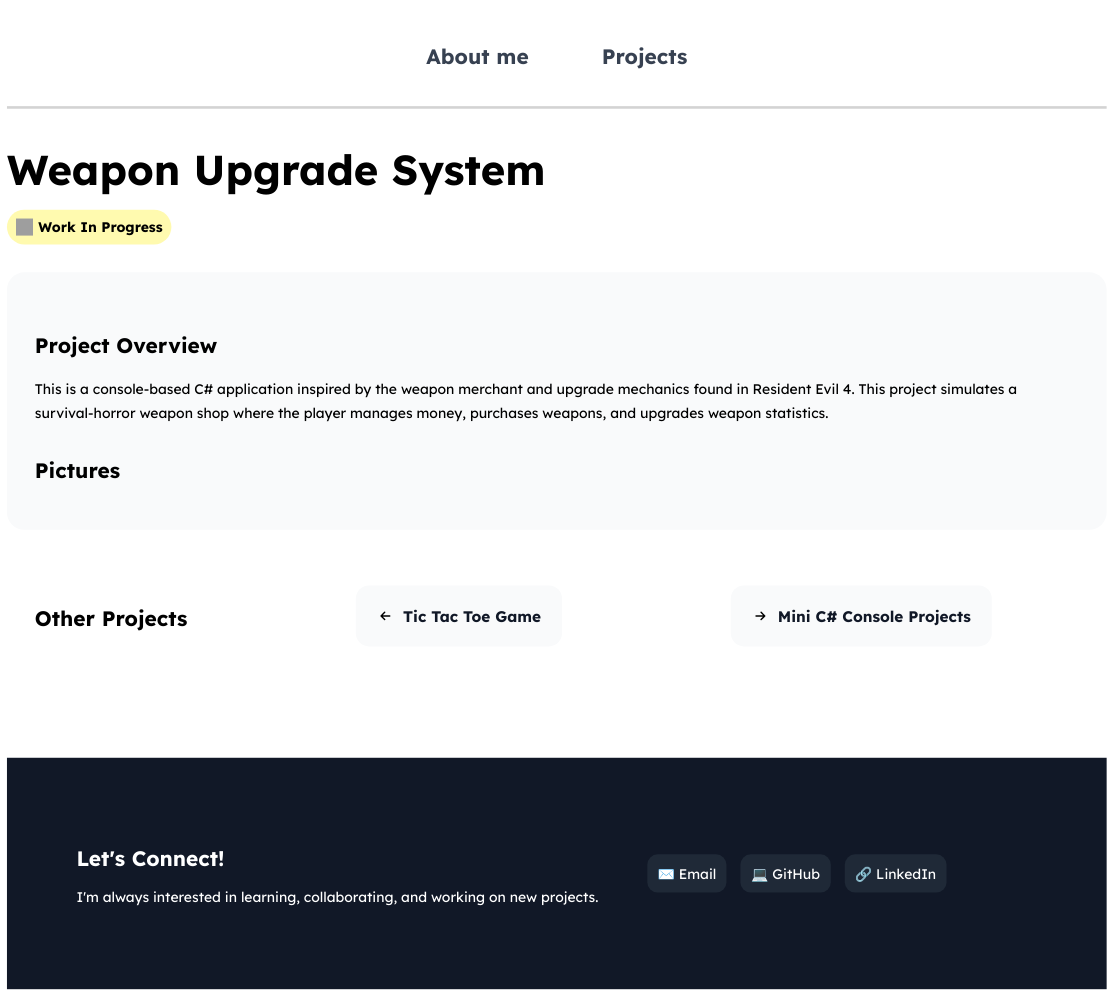
Repository: perrybalaba/perrybalaba
Page: pages/weapon-upgrade.html
These files come from the project's save history. The page is drawn as it stood at one moment and after the next save; the edit follows.
The browser window is 1280 px wide. The pictures show the whole page, at 87% of full size.
Pictures or frames that could not be fetched are drawn as grey boxes.

Above is the page before, as saved 2026-05-14 18:26:54.

### pages/weapon-upgrade.html
<!DOCTYPE html>
<html lang="en">
<head>
    <meta charset="UTF-8">
    <meta name="viewport" content="width=device-width, initial-scale=1.0">
    <title> Perry's Portfolio </title>
    <link rel="stylesheet" href="../styles/projects.css"/>
    <link rel="stylesheet" href="../styles/globals.css"/>
</head>
<body>
    <main>
        <!-- NAVIGATION BAR -->
        <nav class="Nav-Bar">
            <ul>
                <li><a href="../index.html"> About me </a></li>
                <li><a href="../pages/weapon-upgrade.html"> Projects </a></li>
            </ul>
        </nav>
        <!-- INFO -->
        <div class="Project-Info">
            <div class="Project-Info-Container">
                <h2> Weapon Upgrade System </h2>
                <div class="Project-Stats">
                    <span class="Work-In-Progress">
                        <img src="../assets/images/clock-svgrepo-com.svg" alt="in progress"/>
                        Work In Progress
                    </span>
                </div>
                <div class="Project-Info-Card">
                    <h3> Project Overview </h3>
                        <p>
                            This is a console-based C# application inspired by the weapon merchant and upgrade mechanics
                            found in Resident Evil 4. This project simulates a survival-horror weapon shop where the player
                            manages money, purchases weapons, and upgrades weapon statistics.
                        </p>
                    <h3> Pictures </h3>
                </div>
            </div>

        </div>

        <!-- MORE PROJECTS -->
        <div class="Other-Projects">
            <h2> Other Projects </h2>
            <div class="Other-Projects-Card Left-Card">
                <a href="./tic-tac-toe.html">
                    <img src="../assets/images/arrow-sm-left-svgrepo-com.svg">
                    Tic Tac Toe Game
                </a>
            </div>

            <div class="Other-Projects-Card Right-Card">
                <a href="./console-projects.html">
                    <img src="../assets/images/arrow-sm-right-svgrepo-com.svg">
                    Mini C# Console Projects
                </a>

            </div>
        </div>

        <!-- CONTACT -->
        <div class="Contact">
            <div class="Contact-Container">
                <div class="Contact-Text">
                    <h2> Let's Connect! </h2>
                    <p>
                        I'm always interested in learning, collaborating, and working on new projects.
                    </p>
                </div>

                <div class="Contact-Links">
                    <a href="mailto:balabaperry@gmail.com"> ✉️ Email</a>
                    <a href="https://github.com/perrybalaba"> 💻 GitHub </a>
                    <a href="https://www.linkedin.com/in/ann-karen-balaba-46b839387/"> 🔗 LinkedIn</a>
                </div>
            </div>
        </div>

    </main>
</body>
</html>

### styles/projects.css
/* NAVIGATION BAR */
.Nav-Bar {
    padding: 1rem;
    border-bottom: 3px solid lightgray;
}

nav ul {
    list-style: none;
    display: flex;
    justify-content: center;
    flex-wrap: wrap;
    gap: 2rem;
    padding: 0;
}

nav ul li a {
    display: block;
    text-align: center;
    padding: .75rem 1rem;
    text-decoration: none;
    color: #374151;
    font-weight: bold;
    padding: 10px;
    border-radius: 10px;
    font-size: 1rem;
    transition: 0.2s;
}

nav ul li a:hover {
    transform: scale(1.08);
    background-color: #f3f4f6;
    color: black;
}

/* PROJECT */
.Other-Projects {
    max-width: 1100px;
    margin: 0;
    padding: 2rem;
}

.Project-Info-Container h2 {
    font-size: 3rem;
    margin-bottom: 1rem;
}

.Project-Stats {
    display: flex;
    gap: 1rem;
    flex-wrap: wrap;
    margin-bottom: 2rem;
}

.Work-In-Progress {
    display: flex;
    align-items: center;
    gap: 6px;
    background-color: #fffaaf;
    padding: 10px;
    border-radius: 1000px;
    font-weight: bold;
}

.Work-In-Progress img {
    width: 20px;
    height: 20px;
}

.Project-Info-Card {
    background-color: #f9fafb;
    padding: 2rem;
    border-radius: 20px;
    line-height: 1.7;
}

.Project-Info-Card h3 {
    font-size: 1.5rem;
    margin-bottom: 1rem;
    margin-top: 2rem;
}

/* OTHER PROJECTS */
.Other-Projects {
    margin-top: 4rem;
    display: flex;
    justify-content: space-between;
    align-items: center;
    width: 100%;
    margin-top: 2rem;
}

.Other-Projects h2 {
    margin-bottom: 2rem;
}

.Other-Projects-Card {
    background-color: #f9fafb;
    padding: 1.5rem;
    border-radius: 15px;
    margin-bottom: 1rem;
    transition: 0.2s ease;
}

.Other-Projects-Card:hover {
    transform: translateY(-5px);
    background-color: #f3f4f6;
}

.Other-Projects-Card a {
    text-decoration: none;
    color: #111827;
    font-weight: bold;
    font-size: 1.1rem;
    display:flex;
    align-items: center;
    gap: 10px;
}

.Other-Projects-Card img {
    width: 20px;
    height: 20px;
    transition: transform 0.2s ease;
}

.Left-Card:hover img {
    transform: translateX(-3px);
}

.Right-Card:hover img {
    transform: translateX(3px);
}

/* CONTACT */
.Contact {
    background-color: #111827;
    color: white;
    padding: 5rem;
    margin-top: 5rem;
}

.Contact-Container {
    display: flex;
    justify-content: space-between;
    align-items: center;
    max-width: 1000px;
    margin: 0;
    flex-wrap: wrap;
    gap: 2rem;
}

.Contact-Links {
    display: flex;
    gap: 1rem;
    flex-wrap: wrap;
}

.Contact-Links a {
    text-decoration: none;
    background-color: #1F2937;
    color: white;
    padding: 12px;
    border-radius: 12px;
    transition: 0.2s ease;
}

.Contact-Links a:hover {
    background-color: #374151;
    transform: scale(1.03);
}

### styles/globals.css
/* FONTS */
@font-face {
    font-family: "NotoSans";
    src: url(../assets/fonts/Noto_Sans/NotoSans-VariableFont_wdth\,wght.ttf);
}

@font-face {
    font-family: "Lexend";
    src: url(../assets/fonts/Lexend_Deca\,Noto_Sans/Lexend_Deca/LexendDeca-VariableFont_wght.ttf);
}

.Home-Header {
    font-family: "NotoSans";
}

.Nav-Bar {
    font-family: "Lexend";
}

main {
    font-family: "Lexend";
}

/* TABLET DESIGN */
@media (min-width: 768px) {
    /* NAVIGATION BAR */
    nav ul li a {
        font-size: 1.3rem;
    }

    /* HEADER */
    .Home-Header {
        font-size: 2.2rem;
    }

    /* ABOUT ME */
    .Info {
        flex-direction: row;
        justify-content: center;
        align-items: center;
        gap: 2rem;
        padding: 2rem;
    }

    .Description {
        width: 60%;
        max-width: 600px;
    }

    .Info img {
        max-width: 300px;
        width: 40%;
    }

    /* SKILLS */
    .Skill-Card {
        width: 260px;
    }

    .Skill-Icons img {
        width: 50px;
        height: 50px;
    }
}

/* DESKTOP */
@media (min-width: 1024px) {

    /* NAVIGATION */
    nav ul {
        gap: 4rem;
    }

    nav ul li a {
        font-size: 1.5rem;
    }

    /* ABOUT ME */
    .Info {
        gap: 5rem;
        padding: 4rem;
        justify-content: center;
        flex-direction: row;
        align-items: center;
    }

    .Description {
        max-width: 650px;
        font-size: 1.2rem;
        display: flex;
        flex-direction: column;
        align-items: center;
        justify-content: center;
        gap: 1rem;
    }

    .Info img {
        max-width: 500px;
    }

    .Home-Header {
        font-size: 4rem;
    }

    /* SKILLS */
    .Skill-Container {
        gap: 3rem;
    }

    .Skill-Card {
        width: 280px;
    }

    .Skill-Icons img {
        width: 80px;
        height: 80px;
    }

    /* SKILLS */
    .Projects-Container {
        display: flex;
        flex-direction: column;
        align-items: center;
    }

    .Project-Card {
        width: 100%;
        max-width: 850px;
        margin: 0 auto;
    }
}

After the next save:
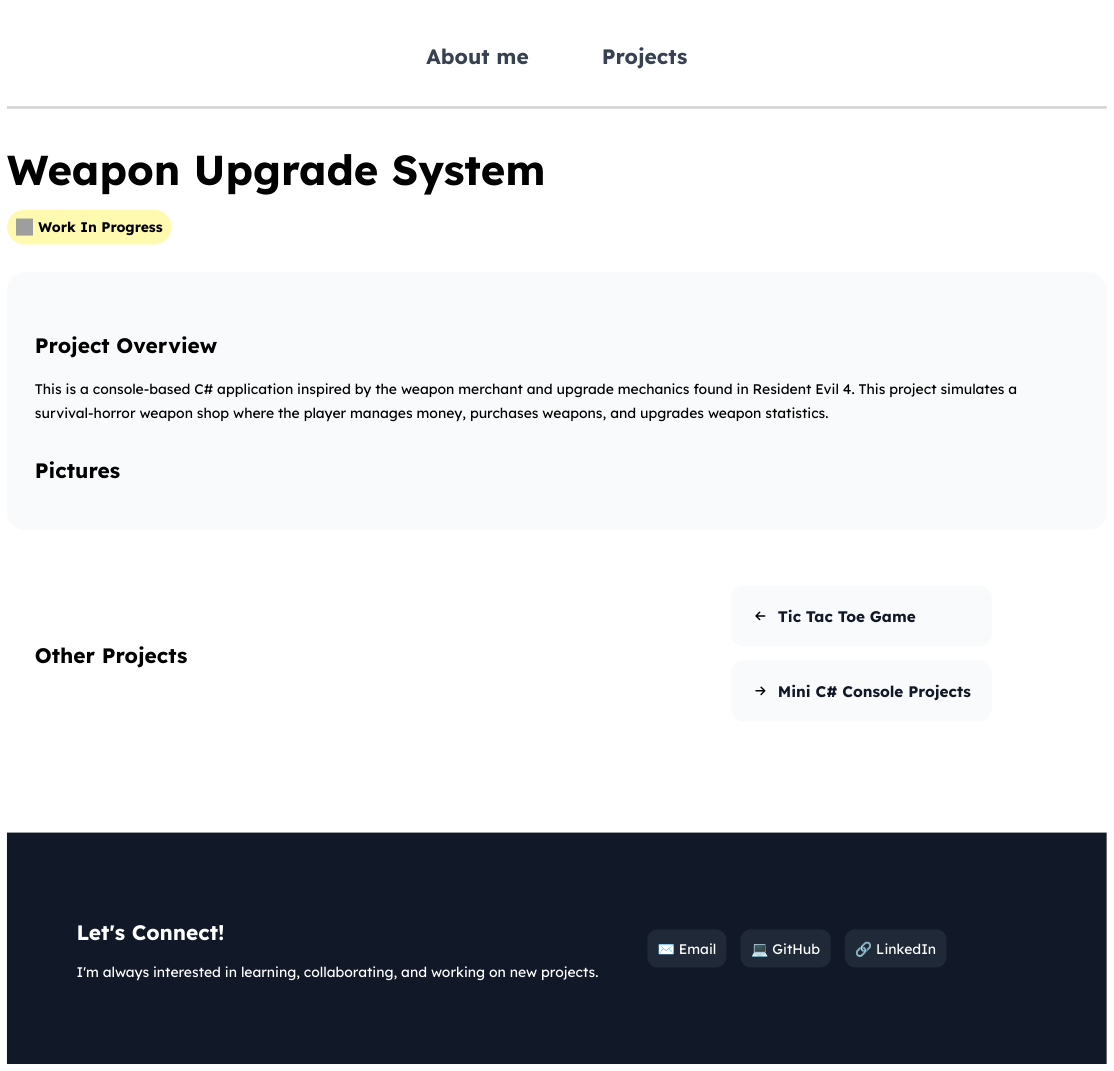
Saved 77 s later.
--- a/pages/weapon-upgrade.html
+++ b/pages/weapon-upgrade.html
@@ -42,21 +42,23 @@
         <!-- MORE PROJECTS -->
         <div class="Other-Projects">
             <h2> Other Projects </h2>
-            <div class="Other-Projects-Card Left-Card">
-                <a href="./tic-tac-toe.html">
+            <div class="Other-Projects-Container">
+                <div class="Other-Projects-Card Left-Card">
+                    <a href="./tic-tac-toe.html">
                     <img src="../assets/images/arrow-sm-left-svgrepo-com.svg">
                     Tic Tac Toe Game
-                </a>
-            </div>
+                    </a>
+                </div>
 
-            <div class="Other-Projects-Card Right-Card">
-                <a href="./console-projects.html">
+                <div class="Other-Projects-Card Right-Card">
+                    <a href="./console-projects.html">
                     <img src="../assets/images/arrow-sm-right-svgrepo-com.svg">
                     Mini C# Console Projects
-                </a>
-
+                    </a>
+                </div>
             </div>
         </div>
+
 
         <!-- CONTACT -->
         <div class="Contact">
